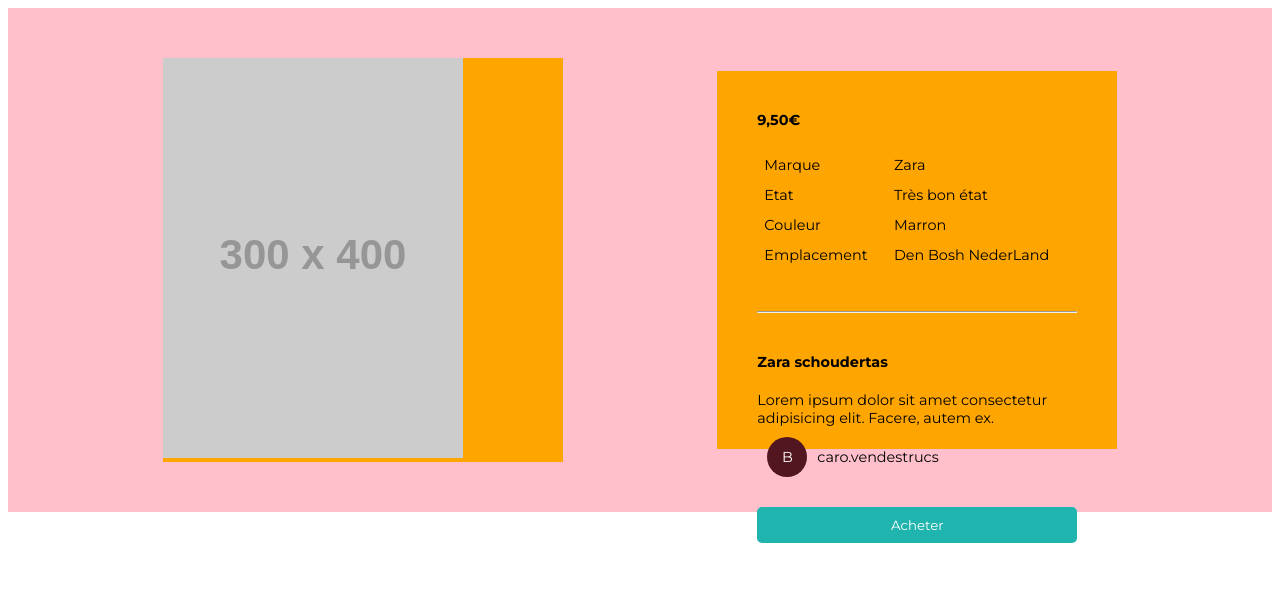
Repository: mel-in-a/vinted-front-clone
Page: html/offer.html
The author's editor kept a copy of each file at every save. The page is drawn from the files as they stood at one save, then again after the next save.
The browser window is 1280 px wide. The pictures show the whole page.

Above is the page before, as saved 2021-07-29 16:58:14.

### html/offer.html
<!DOCTYPE html>
<html lang="en">
  <head>
    <meta charset="UTF-8" />
    <meta http-equiv="X-UA-Compatible" content="IE=edge" />
    <meta name="viewport" content="width=device-width, initial-scale=1.0" />
    <link rel="preconnect" href="https://fonts.googleapis.com" />
    <link rel="preconnect" href="https://fonts.gstatic.com" crossorigin />
    <link
      href="https://fonts.googleapis.com/css2?family=Montserrat:wght@100;200;300;400;500;600;700;800;900&display=swap"
      rel="stylesheet"
    />
    <link rel="stylesheet" href="/offer.css" />
    <title>Document</title>
  </head>
  <body>
    <div class="offer">
      <div class="left"><img src="https://via.placeholder.com/300x400.png" alt=""></div>
      <div class="right">
        <div class="price">9,50€</div>

        <table>
          <tr>
            <td>Marque</td>
            <td>Zara</td>
          </tr>
          <tr>
            <td>Etat</td>
            <td>Très bon état</td>
          </tr>
          <tr>
            <td>Couleur</td>
            <td>Marron</td>
          </tr>
          <tr>
            <td>Emplacement</td>
            <td>Den Bosh NederLand</td>
          </tr>
        </table>

        <hr />
        <div class="title">Zara schoudertas</div>
        <div class="description">
          Lorem ipsum dolor sit amet consectetur adipisicing elit. Facere, autem
          ex.
        </div>
        <div class="horizontal">
          <div class="avatar">B</div>
          <div class="username">caro.vendestrucs</div>
        </div>

        <button class="btn-buy">Acheter</button>
      </div>
    </div>
  </body>
</html>

### html/offer.css
* {
  font-family: "Montserrat", sans-serif;
}
.offer {
  width: 100%;
  display: flex;
  background-color: pink;
  height: 70vh;
  justify-content: space-evenly;
  align-items: center;
  flex-shrink: 0;
}

.offer .left,
.offer .right {
  width: 400px;
  background-color: orange;
}
.offer .left {
  height: 80%;
}
.offer .right {
  height: 75%;
  padding: 40px;
  box-sizing: border-box;
  font-size: 0.9rem;
}

.offer .horizontal {
  display: flex;
  flex-direction: row;
  /* justify-content: space-between; */
  align-items: center;
}

.offer table {
  width: 100%;
}

.offer td {
  padding: 5px;
}
.offer hr {
  margin: 40px 0;
}

.offer .title {
  font-weight: 700;
  margin-bottom: 20px;
}

.offer .price {
  font-weight: 700;
  margin-bottom: 20px;
}

.offer .avatar {
  width: 40px;
  height: 40px;
  border-radius: 50%;
  margin: 10px;
  background-color: rgb(82, 22, 32);
  text-align: center;

  color: white;
  vertical-align: middle;
  line-height: 40px;
}

.offer .btn-buy {
  margin-top: 20px;
  border-radius: 5px;
  background-color: rgb(31, 180, 173);
  width: 100%;
  padding: 10px;
  border: none;
  color: white;
}

After the next save:
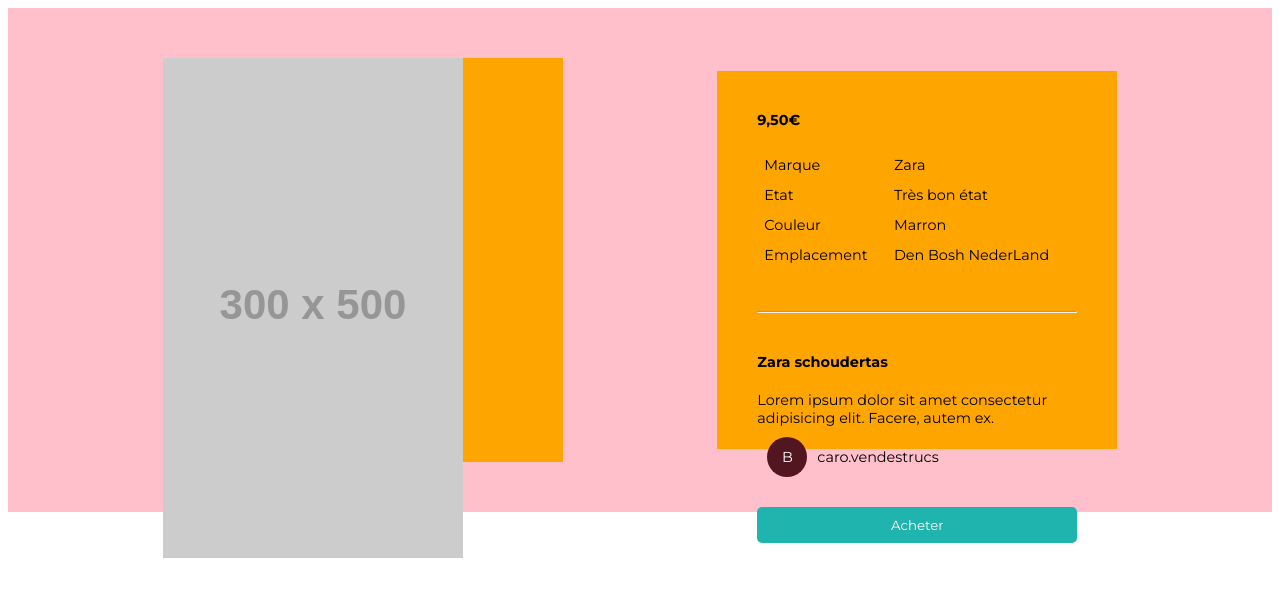
Saved 5 s later.
--- a/html/offer.html
+++ b/html/offer.html
@@ -15,7 +15,7 @@
   </head>
   <body>
     <div class="offer">
-      <div class="left"><img src="https://via.placeholder.com/300x400.png" alt=""></div>
+      <div class="left"><img src="https://via.placeholder.com/300x500.png" alt=""></div>
       <div class="right">
         <div class="price">9,50€</div>
 
